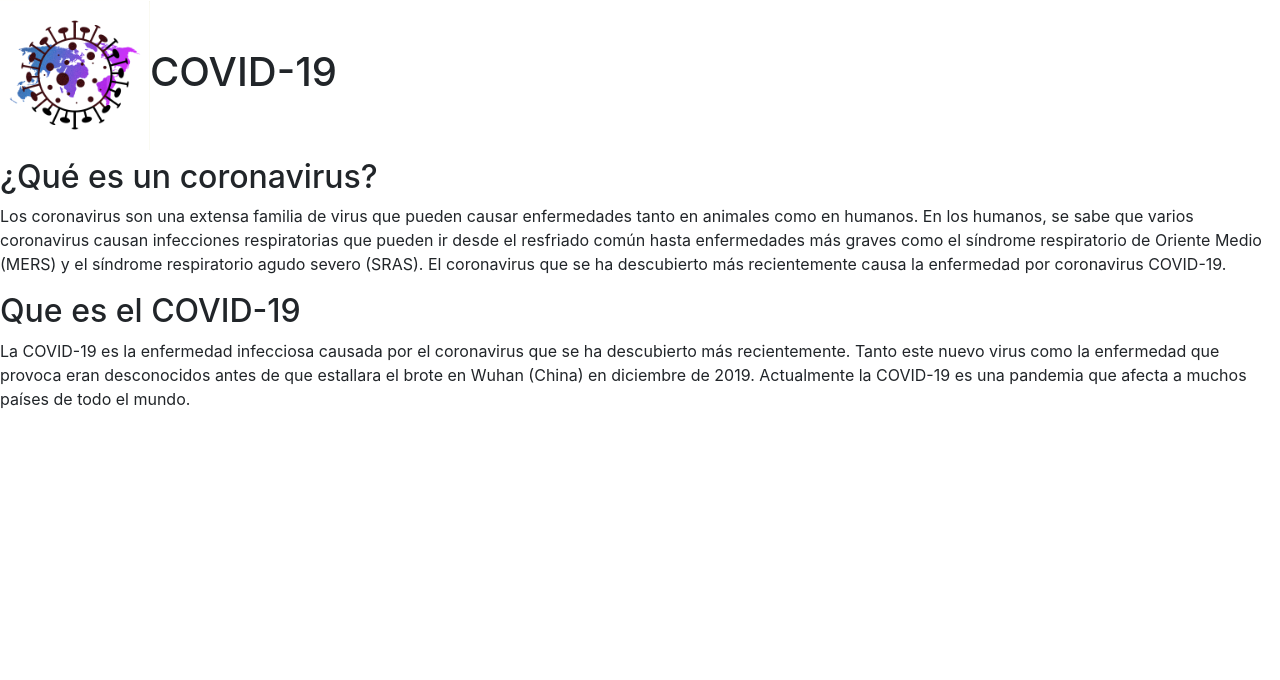
Repository: AndreyRi13/1erparcial1151804
Page: Home.html
The author's editor kept a copy of each file at every save. The page is drawn from the files as they stood at one save, then again after a run of saves.
The browser window is 1280 px wide. The pictures show the whole page.

Above is the page before, as saved 2020-10-06 07:13:54.
Console error (its wording comes from the project's code and is left out).

### Home.html
<!DOCTYPE html>
<html lang="en">
<head>
    <meta charset="UTF-8">
    <meta name="viewport" content="width=device-width, initial-scale=1.0">
    <link rel="stylesheet" href="https://stackpath.bootstrapcdn.com/bootstrap/4.5.2/css/bootstrap.min.css" integrity="sha384-JcKb8q3iqJ61gNV9KGb8thSsNjpSL0n8PARn9HuZOnIxN0hoP+VmmDGMN5t9UJ0Z" crossorigin="anonymous">
    <script src="https://stackpath.bootstrapcdn.com/bootstrap/4.5.2/js/bootstrap.min.js" integrity="sha384-B4gt1jrGC7Jh4AgTPSdUtOBvfO8shuf57BaghqFfPlYxofvL8/KUEfYiJOMMV+rV" crossorigin="anonymous"></script>
    <title>COVID-19</title>
</head>
<body>

        <header>
        <H1><img src="/img/hiclipart.com.png" alt="logo" width="150" height="150">COVID-19</H1>
        </header>


        <h2>¿Qué es un coronavirus?</h2>
            <p>Los coronavirus son una extensa familia de virus que pueden
                causar enfermedades tanto en animales como en humanos. En
                los humanos, se sabe que varios coronavirus causan infecciones
                respiratorias que pueden ir desde el resfriado común hasta
                enfermedades más graves como el síndrome respiratorio de
                Oriente Medio (MERS) y el síndrome respiratorio agudo severo
                (SRAS). El coronavirus que se ha descubierto más
                recientemente causa la enfermedad por coronavirus COVID-19.</p>
                <h2>Que es el COVID-19</h2>


<p>La COVID-19 es la enfermedad infecciosa causada por el coronavirus que se ha descubierto más recientemente. Tanto este nuevo
    virus como la enfermedad que provoca eran desconocidos antes de que estallara el brote en Wuhan (China) en diciembre de
    2019. Actualmente la COVID-19 es una pandemia que afecta a muchos países de todo el mundo.
    </p>









        <script src="https://code.jquery.com/jquery-3.5.1.slim.min.js" integrity="sha384-DfXdz2htPH0lsSSs5nCTpuj/zy4C+OGpamoFVy38MVBnE+IbbVYUew+OrCXaRkfj" crossorigin="anonymous"></script>
        <script src="https://cdn.jsdelivr.net/npm/popper.js@1.16.1/dist/umd/popper.min.js" integrity="sha384-9/reFTGAW83EW2RDu2S0VKaIzap3H66lZH81PoYlFhbGU+6BZp6G7niu735Sk7lN" crossorigin="anonymous"></script>
</body>
</html>

After the next 3 saves:
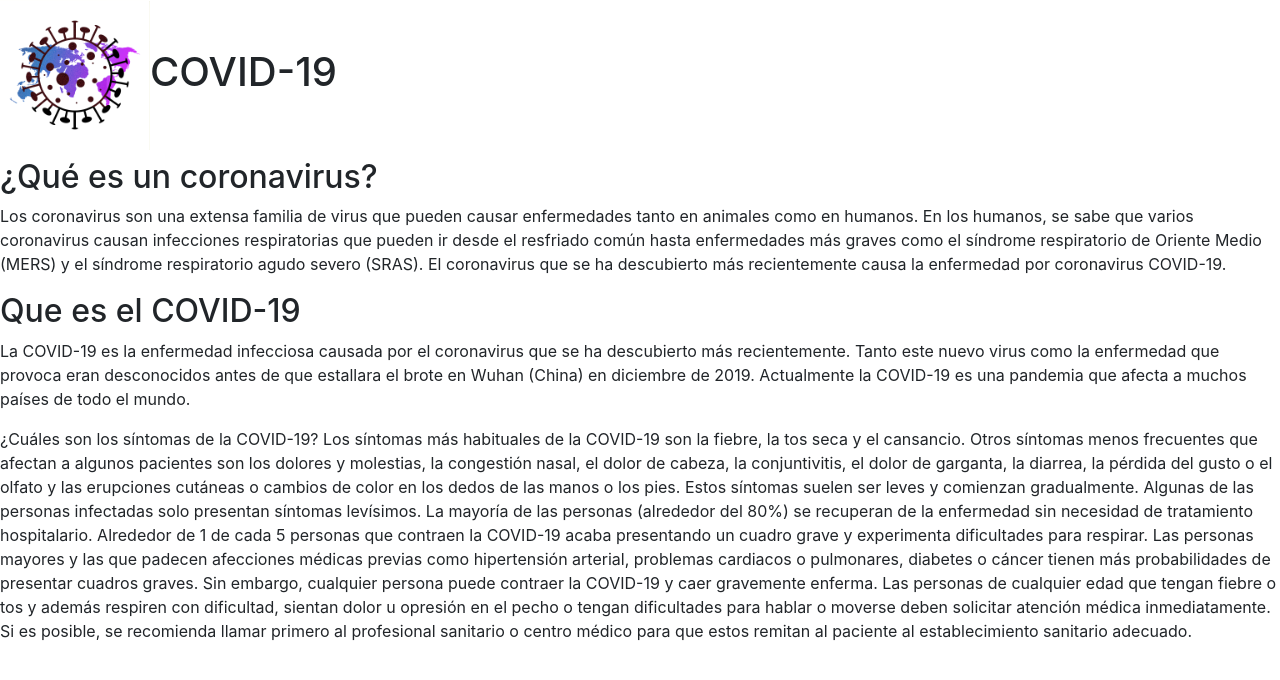
The 3 saves are shown as one change because they came seconds apart.
The last was saved 73 s later.
--- a/Home.html
+++ b/Home.html
@@ -31,6 +31,21 @@
     2019. Actualmente la COVID-19 es una pandemia que afecta a muchos países de todo el mundo.
     </p>
 
+    ¿Cuáles son los síntomas de la COVID-19?
+Los síntomas más habituales de la COVID-19 son la fiebre, la tos seca y el cansancio. Otros síntomas menos frecuentes que
+afectan a algunos pacientes son los dolores y molestias, la congestión nasal, el dolor de cabeza, la conjuntivitis, el dolor de
+garganta, la diarrea, la pérdida del gusto o el olfato y las erupciones cutáneas o cambios de color en los dedos de las manos o los
+pies. Estos síntomas suelen ser leves y comienzan gradualmente. Algunas de las personas infectadas solo presentan síntomas
+levísimos.
+La mayoría de las personas (alrededor del 80%) se recuperan de la enfermedad sin necesidad de tratamiento hospitalario.
+Alrededor de 1 de cada 5 personas que contraen la COVID-19 acaba presentando un cuadro grave y experimenta dificultades
+para respirar. Las personas mayores y las que padecen afecciones médicas previas como hipertensión arterial, problemas
+cardiacos o pulmonares, diabetes o cáncer tienen más probabilidades de presentar cuadros graves. Sin embargo, cualquier
+persona puede contraer la COVID-19 y caer gravemente enferma. Las personas de cualquier edad que tengan fiebre o tos y
+además respiren con dificultad, sientan dolor u opresión en el pecho o tengan dificultades para hablar o moverse deben solicitar
+atención médica inmediatamente. Si es posible, se recomienda llamar primero al profesional sanitario o centro médico para que
+estos remitan al paciente al establecimiento sanitario adecuado.
+
 
 
 
